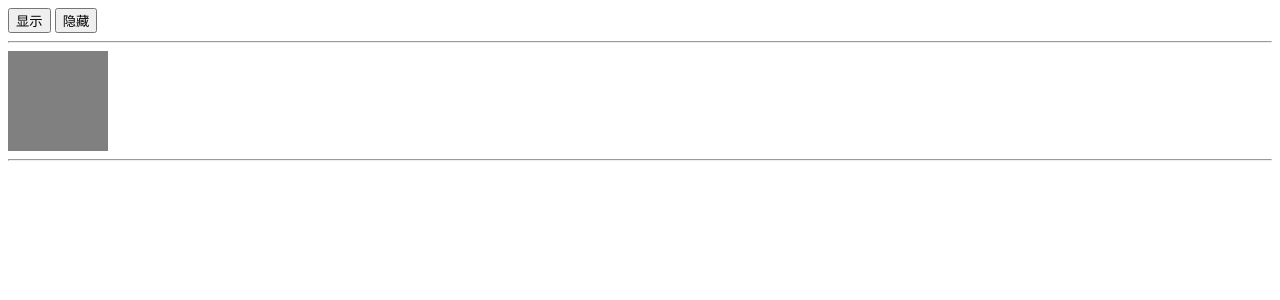
Repository: jsjchai/springmvc_study
Page: springmvc/jquery/jquery_Test/WebContent/jqueryTest15.html
An editor plug-in stored every save of this project. The page is shown before and after the next save, followed by the edit.
The browser window is 1280 px wide. The pictures show the whole page.

Above is the page before, as saved 2015-04-06 12:14:45.

### springmvc/jquery/jquery_Test/WebContent/jqueryTest15.html
<!DOCTYPE html>
<html>
<head>
<meta charset="UTF-8">
<title>jquery动画效果</title>
<script type="text/javascript" src="./js/jquery-1.11.2.js"></script>
<script type="text/javascript">
	//onload事件
	$(document).ready(function(){
		//显示
		$("#b1").click(function(){
			$("#img1").show();
		});
		//隐藏
		$("#b2").click(function(){
			$("#img1").hide();
		});
	});
</script>
</head>
<body>
	<input type="button" value="显示" id="b1">
	<input type="button" value="隐藏" id="b2">
	<hr>
	<div id="d1" style="width: 100px;height: 100px;background-color: gray;"></div>
	<hr>
</body>
</html>

Loaded but not shown: springmvc/jquery/jquery_Test/WebContent/js/jquery-1.11.2.js (library)

After the next save:
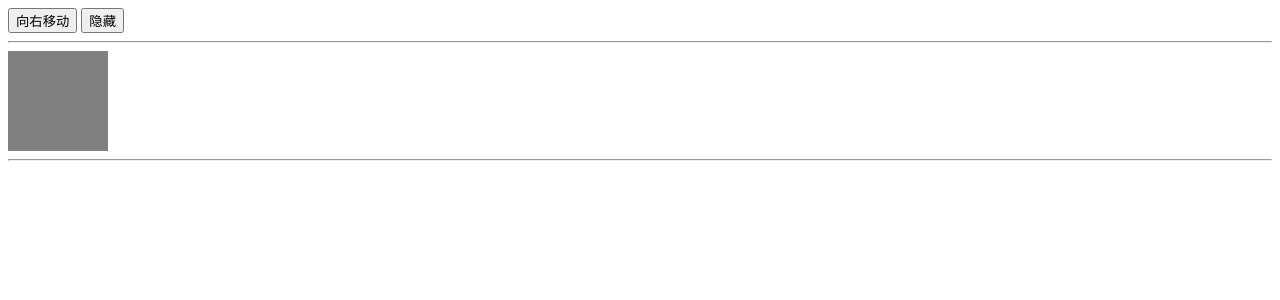
Saved 60 s later.
--- a/springmvc/jquery/jquery_Test/WebContent/jqueryTest15.html
+++ b/springmvc/jquery/jquery_Test/WebContent/jqueryTest15.html
@@ -19,7 +19,7 @@
 </script>
 </head>
 <body>
-	<input type="button" value="显示" id="b1">
+	<input type="button" value="向右移动" id="b1">
 	<input type="button" value="隐藏" id="b2">
 	<hr>
 	<div id="d1" style="width: 100px;height: 100px;background-color: gray;"></div>
